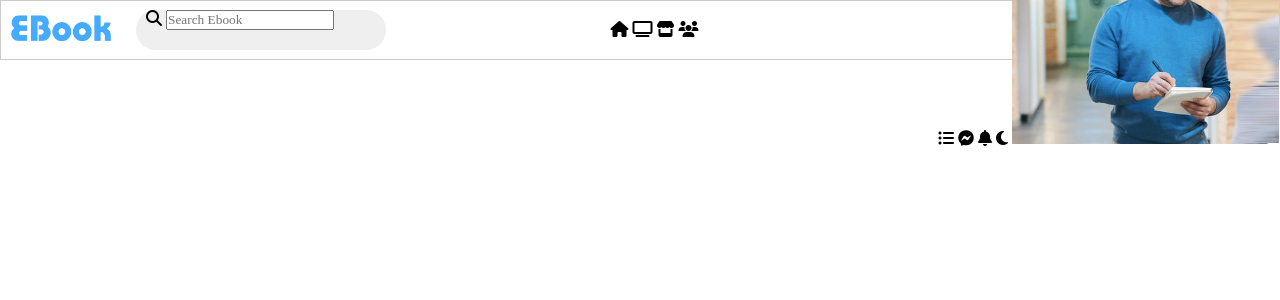
Repository: datvu1608/cloneebook
Page: index.html
These files come from the project's save history. The page is drawn as it stood at one moment and after a run of saves; the edit follows.
The browser window is 1280 px wide. The pictures show the whole page.
Some web libraries are served in a nearby version.

Above is the page before, as saved 2023-02-23 14:42:18.

After the next 2 saves:
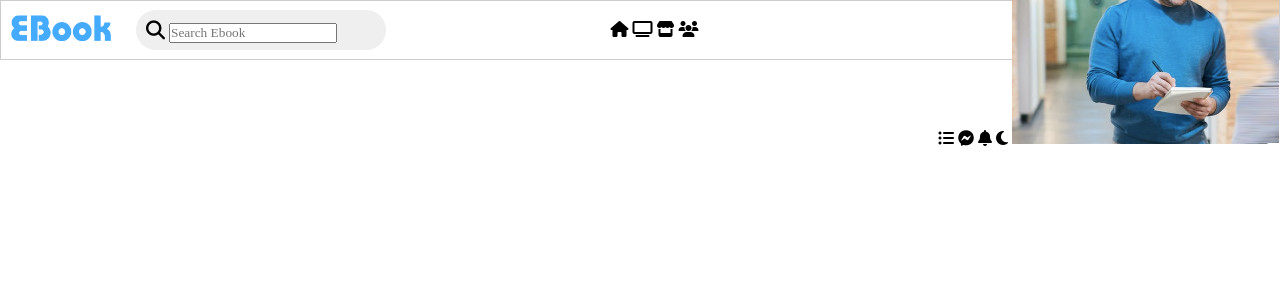
The 2 saves are shown as one change because they came seconds apart.
The last was saved 11 s later.
--- a/style.css
+++ b/style.css
@@ -38,5 +38,6 @@ nav .left .search-bar {
   left: 15px;
 }
 nav .left .search-bar i {
-          d
+  line-height: 40px;
+  font-size: 19px;
 }
